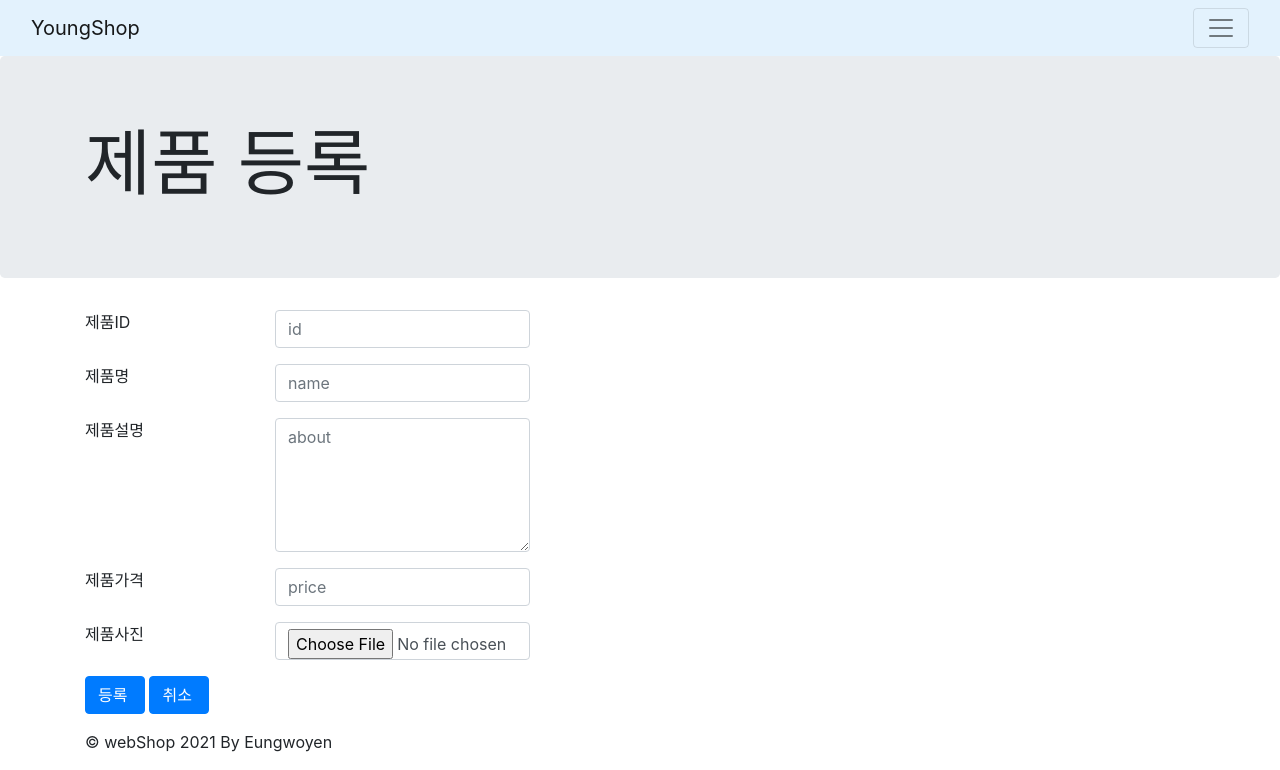
Repository: khss4008/JSP_project
Page: http://localhost/Webshop2/board/addBoard.jsp
An editor plug-in stored every save of this project. The page is shown before and after the next save, followed by the edit.
The browser window is 1280 px wide. The pictures show the whole page.
The page is served by Tomcat 9. Other server files are loaded and not shown.

Above is the page before, as saved 2021-11-05 02:11:19.
Console error: TypeError: Cannot read properties of undefined (reading 'fn')

### Webshop2/WebContent/board/addBoard.jsp
<%@ page language="java" contentType="text/html; charset=UTF-8"
    pageEncoding="UTF-8"%>
<!DOCTYPE html>
<html>
<head>
<meta charset="UTF-8">
<title>제품 등록</title>
</head>
<body>
   <jsp:include page="/header.jsp" />
   <div class="jumbotron">
      <div class="container">
         <h1 class="display-3">제품 등록</h1>
      </div>
   </div>

   <div class="container">
      <form name="newProduct" class="form-horizontal"  action="addCheck.jsp" method="post" onsubmit="return checkForm()" enctype = "multipart/form-data">
         <div class="form-group  row">
            <label class="col-sm-2 ">제품ID</label>
            <div class="col-sm-3">
               <input name="id" type="text" class="form-control" placeholder="id" >
            </div>
         </div>


         <div class="form-group  row">
            <label class="col-sm-2">제품명</label>
            <div class="col-sm-3">
               <input name="name" type="text" class="form-control" placeholder="name" >
            </div>
         </div>

          <div class="form-group  row">
            <label class="col-sm-2">제품설명</label>
            <div class="col-sm-3">
               <textarea name = description rows = "5" cols = "20" class="form-control" placeholder = "about"></textarea>
            </div>
         </div>

           <div class="form-group  row">
            <label class="col-sm-2">제품가격</label>
            <div class="col-sm-3">
               <input name="price" type="text" class="form-control" placeholder="price" >
            </div>
         </div>

          <div class="form-group  row">
            <label class="col-sm-2">제품사진</label>
            <div class="col-sm-3">
               <input name="filename" type="file" class="form-control">
            </div>
         </div>

        <div class="form-group  row">
            <div class="col-sm-offset-2 col-sm-10 ">
               <input type="submit" class="btn btn-primary " value="등록 " >
               <input type="reset" class="btn btn-primary " value="취소 " onclick="reset()" >
            </div>
         </div>


      </form>
   </div>

<%@ include file = "/footer.jsp" %>
</body>
</html>

### Webshop2/WebContent/footer.jsp
<footer class = "container">
	<p>&copy; webShop 2021 By Eungwoyen
</footer>

### Webshop2/WebContent/header.jsp
<%@ page language="java" contentType="text/html; charset=UTF-8"
    pageEncoding="UTF-8"%>

<link rel="stylesheet" href="https://stackpath.bootstrapcdn.com/bootstrap/4.3.1/css/bootstrap.min.css" integrity="sha384-ggOyR0iXCbMQv3Xipma34MD+dH/1fQ784/j6cY/iJTQUOhcWr7x9JvoRxT2MZw1T" crossorigin="anonymous">
<script src="https://stackpath.bootstrapcdn.com/bootstrap/4.3.1/js/bootstrap.min.js" integrity="sha384-JjSmVgyd0p3pXB1rRibZUAYoIIy6OrQ6VrjIEaFf/nJGzIxFDsf4x0xIM+B07jRM" crossorigin="anonymous"></script>


<nav class="navbar navbar-light" style="background-color: #e3f2fd;">
  <div class="container-fluid">
    <a class="navbar-brand" href="/">YoungShop</a>
    <button class="navbar-toggler" type="button" data-bs-toggle="collapse" data-bs-target="#navbarNavDropdown" aria-controls="navbarNavDropdown" aria-expanded="false" aria-label="Toggle navigation">
      <span class="navbar-toggler-icon"></span>
    </button>
    <div class="collapse navbar-collapse" id="navbarNavDropdown">
      <ul class="navbar-nav">
        <li class="nav-item dropdown">
          <a class="nav-link dropdown-toggle" href="#" id="navbarDropdownMenuLink" role="button" data-bs-toggle="dropdown" aria-expanded="false">
            	게시판
          </a>
          <ul class="dropdown-menu" aria-labelledby="navbarDropdownMenuLink">
            <li><a class="dropdown-item" href="/product/products.jsp">제품목록</a></li>
            <li><a class="dropdown-item" href="#">장바구니</a></li>
          </ul>
        </li>

        <li class="nav-item dropdown">
          <a class="nav-link dropdown-toggle" href="#" id="navbarDropdownMenuLink" role="button" data-bs-toggle="dropdown" aria-expanded="false">
            	회원관리
          </a>
          <ul class="dropdown-menu" aria-labelledby="navbarDropdownMenuLink">
            <li><a class="dropdown-item" href="/member/loginMember.jsp">로그인</a></li>
            <li><a class="dropdown-item" href="#">로그아웃</a></li>
            <li><a class="dropdown-item" href="/member/joinMember.jsp">회원가입</a></li>
            <li><a class="dropdown-item" href="#">회원탈퇴</a></li>
          </ul>
        </li>

        <li class="nav-item dropdown">
          <a class="nav-link dropdown-toggle" href="#" id="navbarDropdownMenuLink" role="button" data-bs-toggle="dropdown" aria-expanded="false">
            	관리자
          </a>
          <ul class="dropdown-menu" aria-labelledby="navbarDropdownMenuLink">
            <li><a class="dropdown-item" href="/product/addProduct.jsp">제품등록</a></li>
            <li><a class="dropdown-item" href="/member/listMember.jsp">회원관리</a></li>

          </ul>
        </li>

      </ul>
    </div>
  </div>
</nav>

<script src="https://cdn.jsdelivr.net/npm/bootstrap@5.1.3/dist/js/bootstrap.bundle.min.js" integrity="sha384-ka7Sk0Gln4gmtz2MlQnikT1wXgYsOg+OMhuP+IlRH9sENBO0LRn5q+8nbTov4+1p" crossorigin="anonymous"></script>

After the next save:
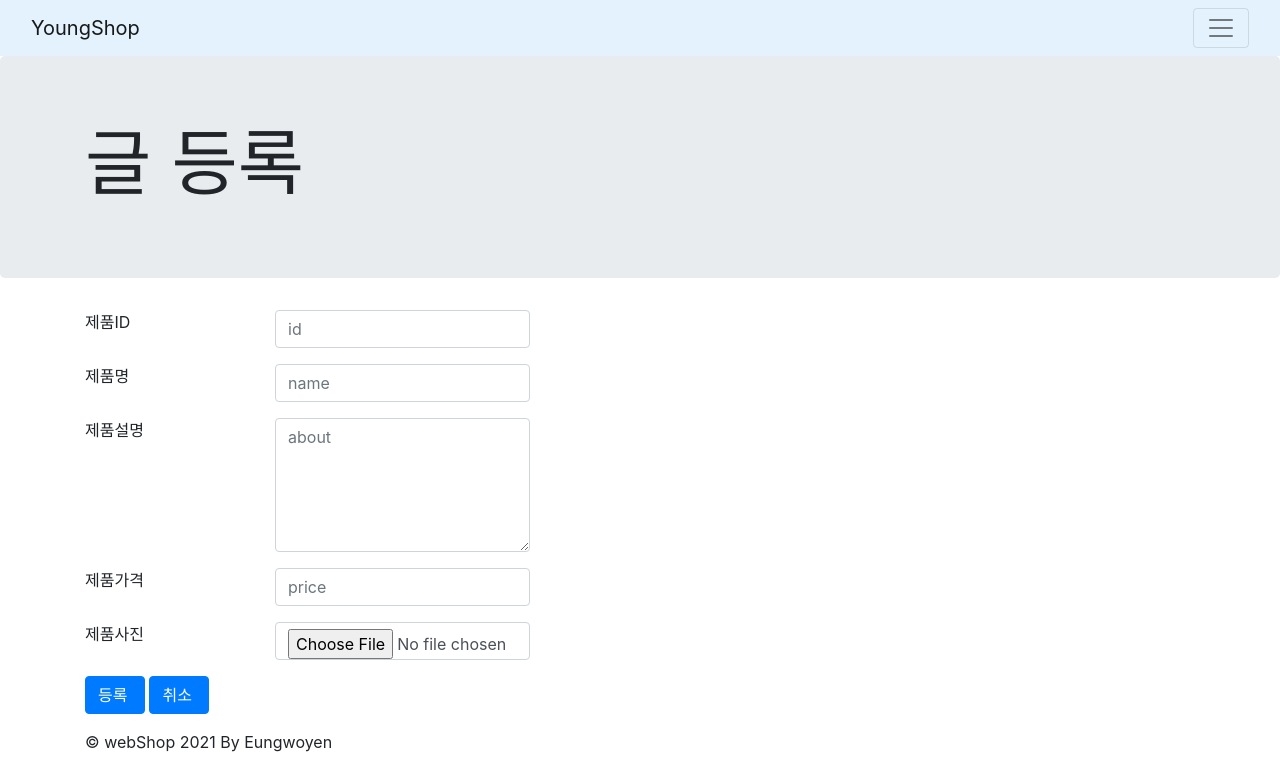
Saved 12 s later.
--- a/Webshop2/WebContent/board/addBoard.jsp
+++ b/Webshop2/WebContent/board/addBoard.jsp
@@ -10,7 +10,7 @@
    <jsp:include page="/header.jsp" />
    <div class="jumbotron">
       <div class="container">
-         <h1 class="display-3">제품 등록</h1>
+         <h1 class="display-3">글 등록</h1>
       </div>
    </div>
 
